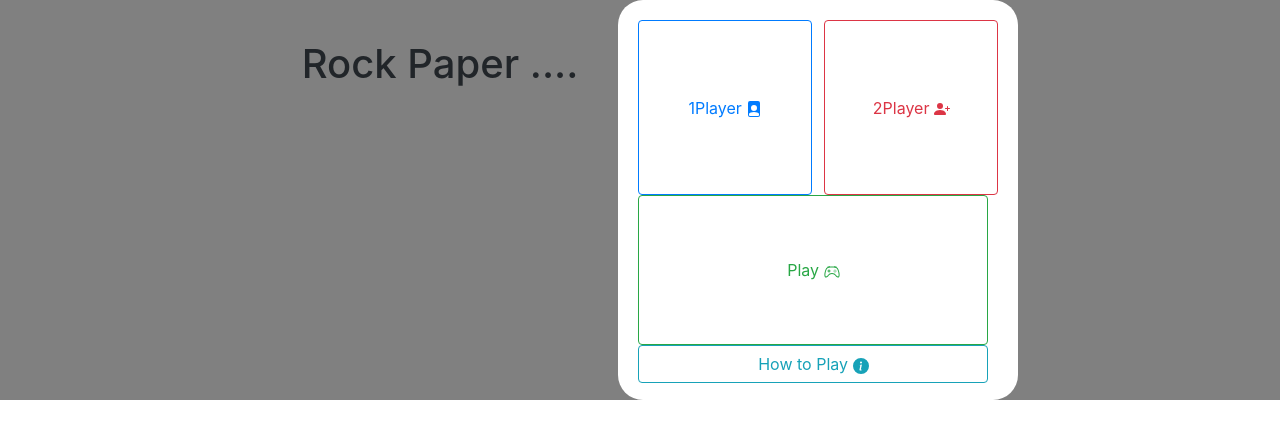
Repository: hossamsulleman1/Colllege-rock-paper-game
Page: index.html
The author's editor kept a copy of each file at every save. The page is drawn from the files as they stood at one save, then again after the next save.
The browser window is 1280 px wide. The pictures show the whole page.

Above is the page before, as saved 2020-09-15 10:54:35.
Console error: SyntaxError: Unexpected token '<'

After the next save:
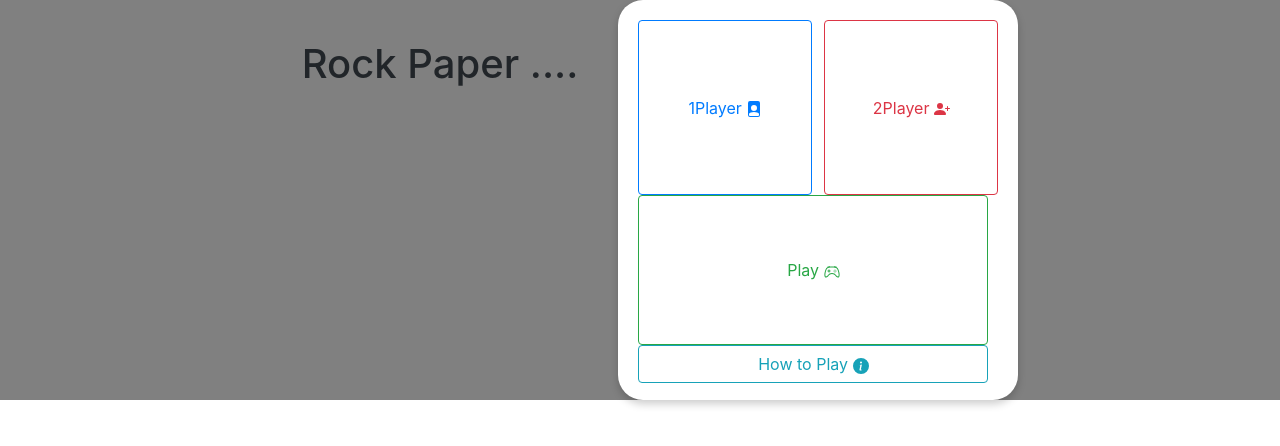
Saved 69 s later.
--- a/index.css
+++ b/index.css
@@ -4,6 +4,8 @@
     padding: 20px;
     width: 400px;
     height: 400px;
+    box-shadow: 0 4px 8px 0 rgba(0,0,0,0.2);
+    transition: 0.3s;
 
 
 }
